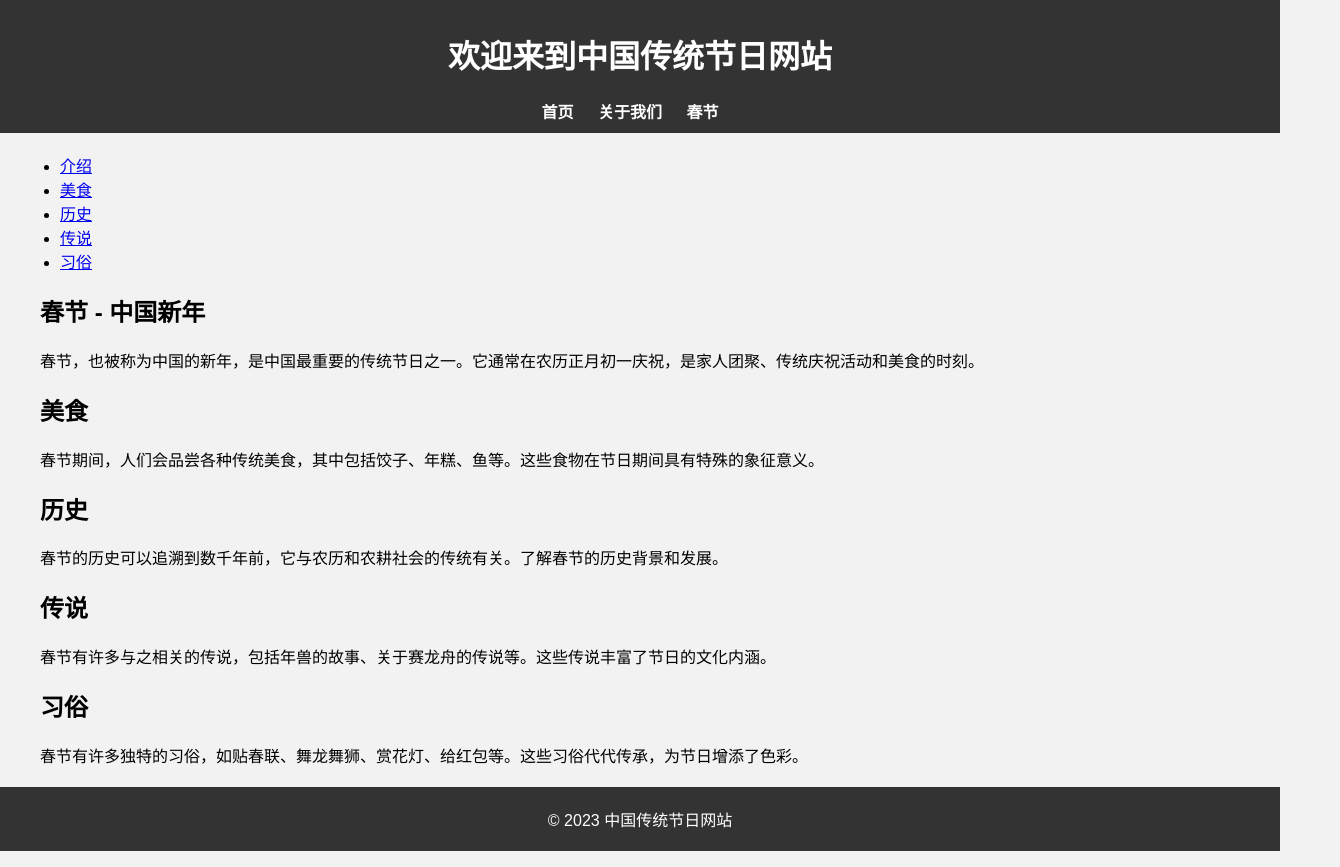
Repository: XueJie1/computer-operation-basics
Page: pages/springfestival.html
These files come from the project's save history. The page is drawn as it stood at one moment and after the next save; the edit follows.
The browser window is 1280 px wide. The page is 1280 px wide, then 1340 px, so the pictures cover 1340 px, including what lies to the right of the window. The pictures show the whole page.

Above is the page before, as saved 2023-08-30 14:48:33.

After the next save:
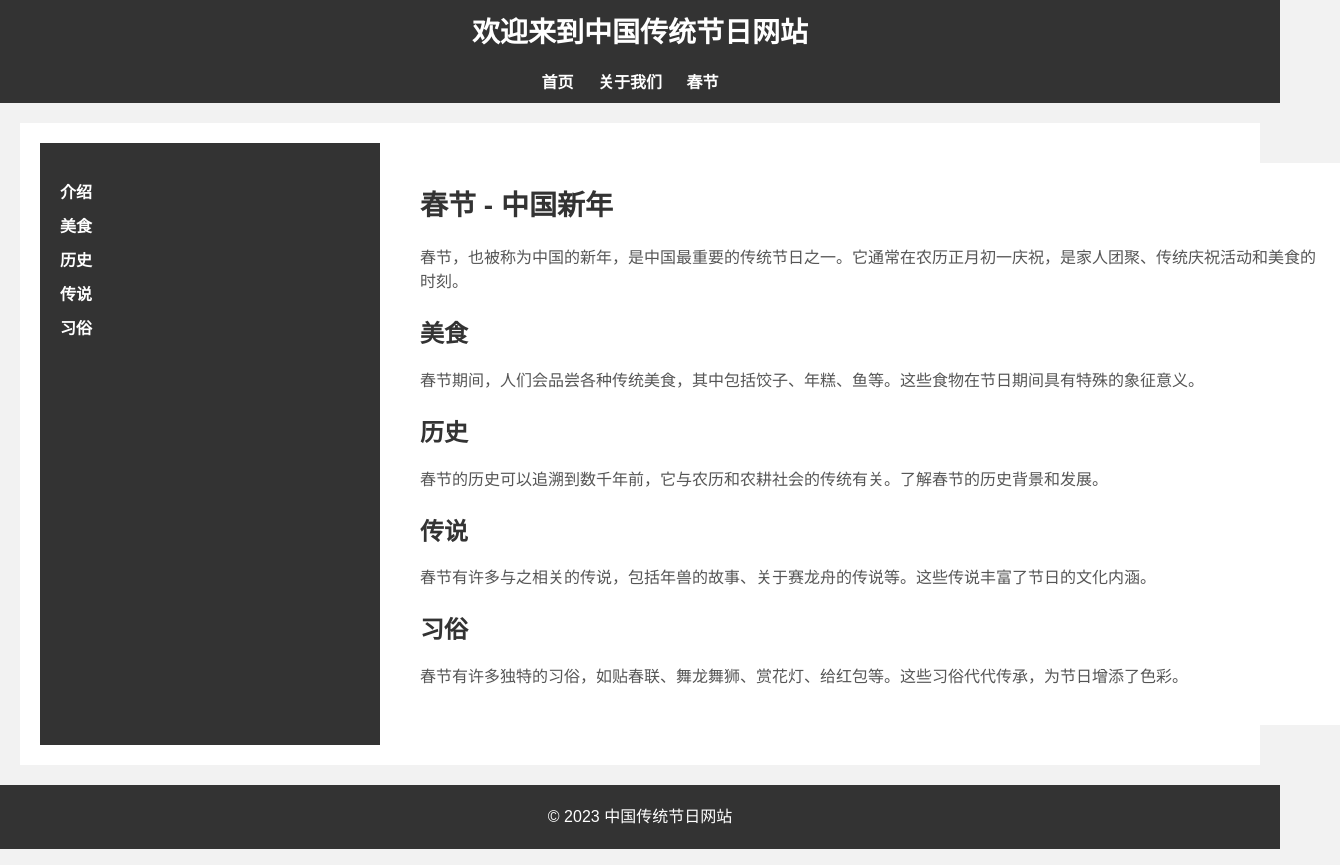
Saved 4 min 10 s later.
--- a/css/styles.css
+++ b/css/styles.css
@@ -53,3 +53,60 @@ footer p{
     padding-top: 20px;
     padding-bottom: 20px;
 }
+
+/* 为网页容器设置样式 */
+.container {
+    display: flex;
+}
+
+/* 侧边栏样式 */
+.sidebar {
+    flex: 0 0 25%; /* 侧边栏占据25%的宽度 */
+    background-color: #333;
+    color: #fff;
+    padding: 20px;
+}
+
+.sidebar ul {
+    list-style-type: none;
+    padding: 0;
+}
+
+.sidebar ul li {
+    margin-bottom: 10px;
+}
+
+.sidebar ul li a {
+    text-decoration: none;
+    color: #fff;
+    font-weight: bold;
+    font-size: 16px;
+}
+
+/* 主内容区域样式 */
+main {
+    flex: 0 0 75%; /* 主内容区域占据75%的宽度 */
+    background-color: #fff;
+    padding: 20px;
+}
+
+/* 标题样式 */
+h1 {
+    font-size: 28px;
+    color: #333;
+    margin-top: 0;
+}
+
+h2 {
+    font-size: 24px;
+    color: #333;
+}
+
+/* 正文样式 */
+p {
+    font-size: 16px;
+    line-height: 1.5;
+    color: #555;
+}
+
+/* 添加更多栏目的样式，可以按照需要扩展 */
